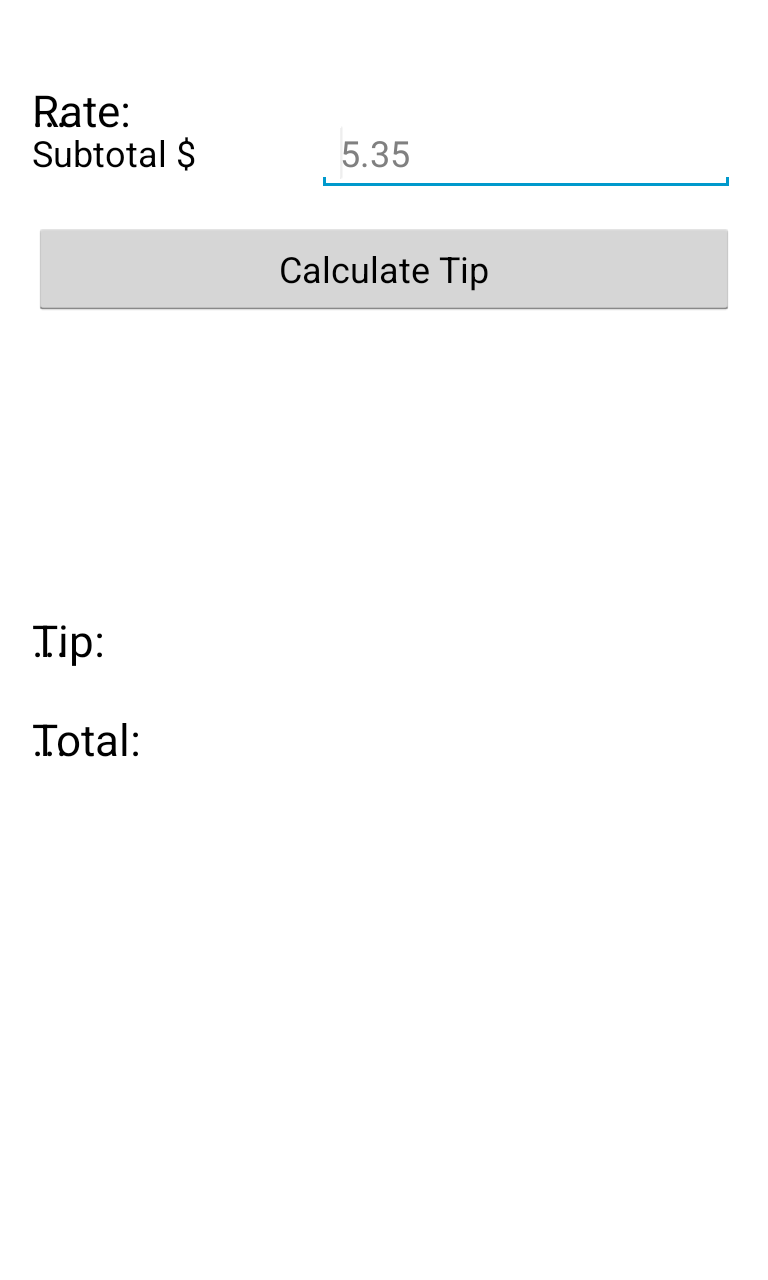
Repository: Jooms/Examples
Layout: RoundTipper/res/layout/activity_main.xml
The author's editor kept a copy of each file at every save. The layout is drawn from the files as they stood at one save, then again after a run of saves.
It is drawn on a 768 x 1280 px phone screen (xhdpi) without system bars, with theme AppTheme; the app's code is not run.

Above is the layout before, as saved 2014-10-08 06:53:46.

After the next 3 saves:
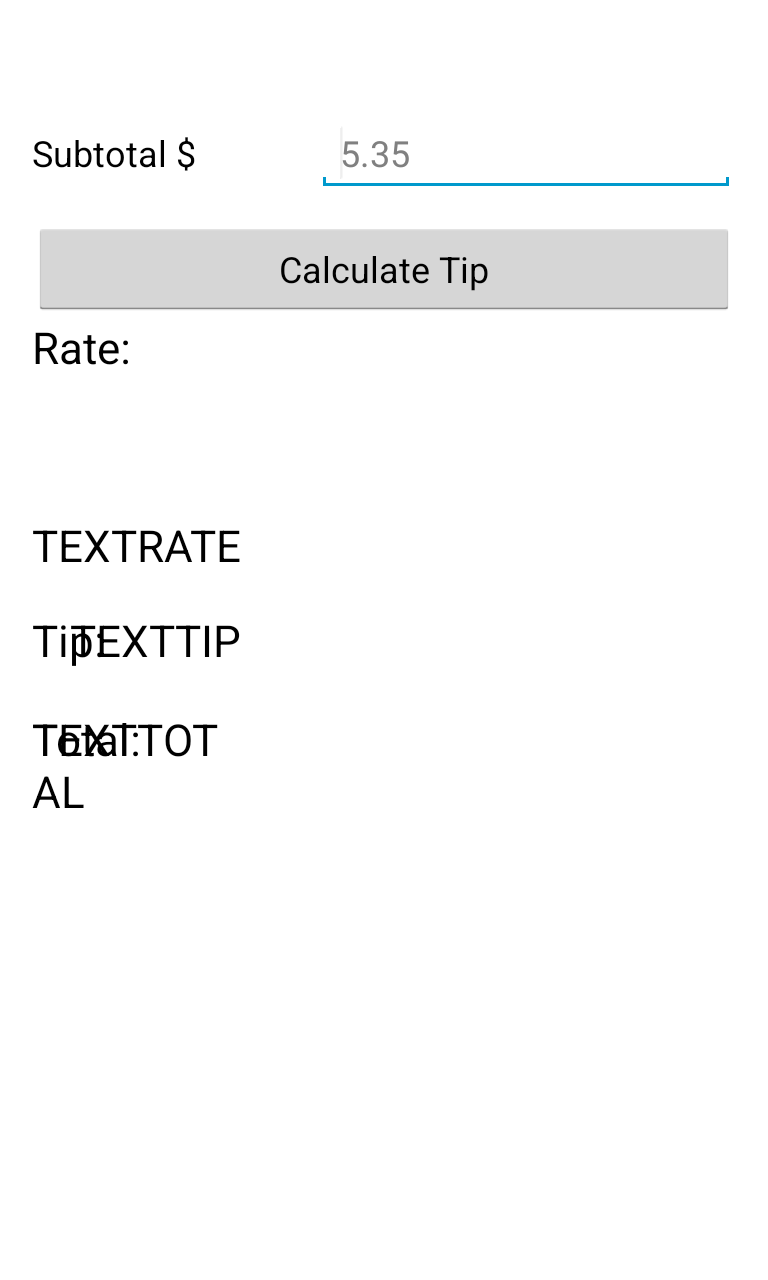
The 3 saves are shown as one change because 2 did not build or start.
The last was saved 5 min 41 s later.
--- a/RoundTipper/res/layout/activity_main.xml
+++ b/RoundTipper/res/layout/activity_main.xml
@@ -44,16 +44,6 @@
         android:onClick="calculateTip" />
 
     <TextView
-        android:id="@+id/textView2"
-        android:layout_width="wrap_content"
-        android:layout_height="wrap_content"
-        android:layout_alignLeft="@+id/button1"
-        android:layout_below="@+id/button1"
-        android:layout_marginTop="24dp"
-        android:text="Rate:"
-        android:textAppearance="?android:attr/textAppearanceLarge" />
-
-    <TextView
         android:id="@+id/textView3"
         android:layout_width="wrap_content"
         android:layout_height="wrap_content"
@@ -73,21 +63,12 @@
         android:textAppearance="?android:attr/textAppearanceLarge" />
 
     <TextView
-        android:id="@+id/textRate"
-        android:layout_width="wrap_content"
-        android:layout_height="wrap_content"
-        android:layout_alignBottom="@+id/textView2"
-        android:layout_alignRight="@+id/button1"
-        android:text="..."
-        android:textAppearance="?android:attr/textAppearanceLarge" />
-
-    <TextView
         android:id="@+id/textTip"
         android:layout_width="wrap_content"
         android:layout_height="wrap_content"
         android:layout_above="@+id/textView4"
         android:layout_alignRight="@+id/textRate"
-        android:text="..."
+        android:text="TEXTTIP"
         android:textAppearance="?android:attr/textAppearanceLarge" />
 
     <TextView
@@ -97,7 +78,25 @@
         android:layout_alignBaseline="@+id/textView4"
         android:layout_alignBottom="@+id/textView4"
         android:layout_alignRight="@+id/textTip"
-        android:text="..."
+        android:text="TEXTTOTAL"
+        android:textAppearance="?android:attr/textAppearanceLarge" />
+
+    <TextView
+        android:id="@+id/textRate"
+        android:layout_width="wrap_content"
+        android:layout_height="wrap_content"
+        android:layout_above="@+id/textView3"
+        android:layout_marginBottom="18dp"
+        android:text="TEXTRATE"
+        android:textAppearance="?android:attr/textAppearanceLarge" />
+
+    <TextView
+        android:id="@+id/textView2"
+        android:layout_width="wrap_content"
+        android:layout_height="wrap_content"
+        android:layout_alignLeft="@+id/textRate"
+        android:layout_below="@+id/buttonCalc"
+        android:text="Rate:"
         android:textAppearance="?android:attr/textAppearanceLarge" />
 
 </RelativeLayout>
